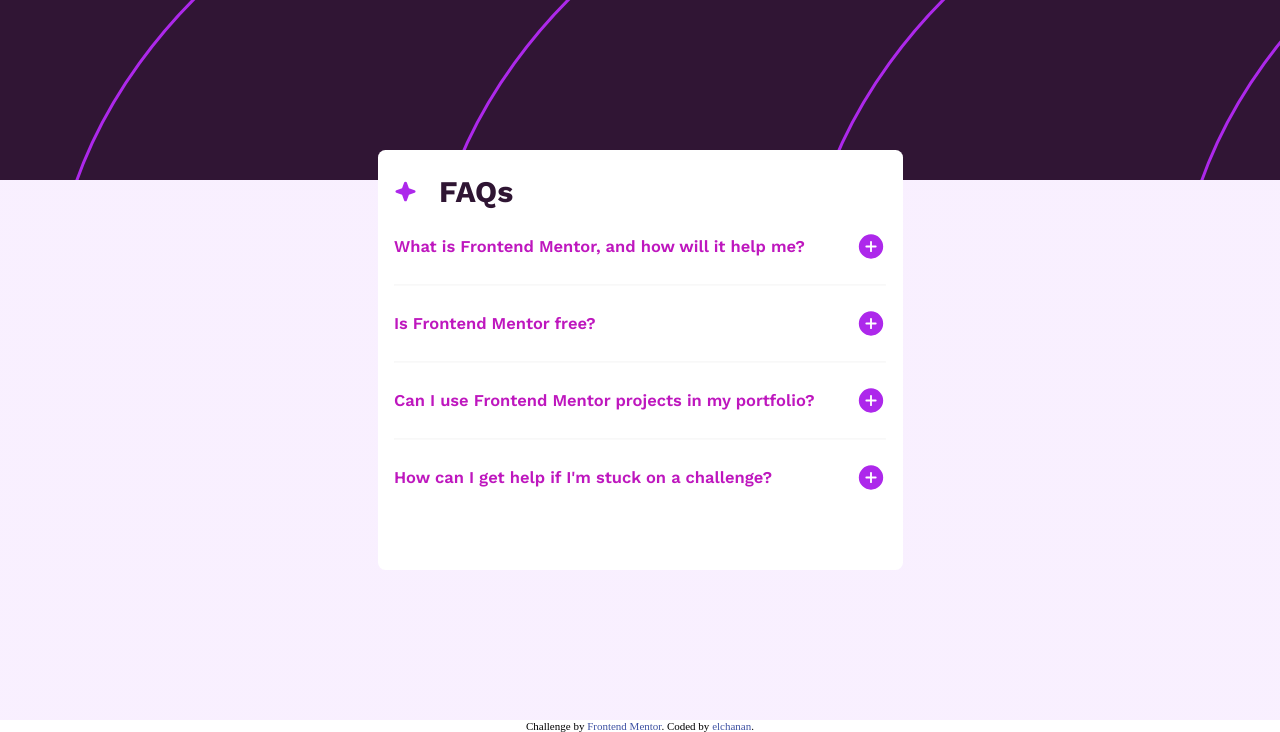
Repository: elchananChen/frontend-mentor-projects
Page: 2024/10/faQs/index.html
These files come from the project's save history. The page is drawn as it stood at one moment and after a run of saves; the edit follows.
The browser window is 1280 px wide. The pictures show the whole page.

Above is the page before, as saved 2024-10-16 00:30:23.

After the next 5 saves:
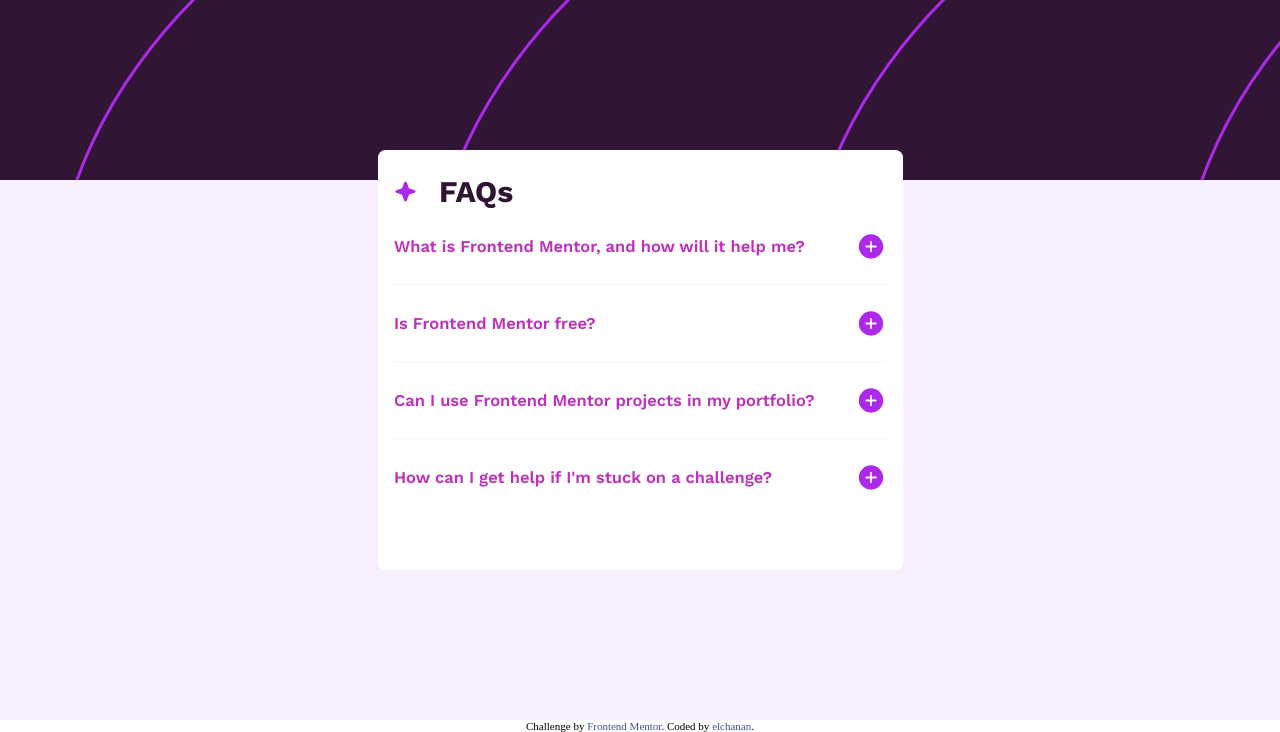
The 5 saves are shown as one change because they came seconds apart.
The last was saved 10 s later.
--- a/2024/10/faQs/style.css
+++ b/2024/10/faQs/style.css
@@ -12,7 +12,7 @@
   font-family: "work-sans";
   font-weight: 600;
   font-size: 1.1rem;
-  color: rgb(190, 23, 190);
+  color: rgb(189, 49, 189);
   /* color: var(--color-Dark-purple); */
 }
 h3:hover {

After the save that followed:
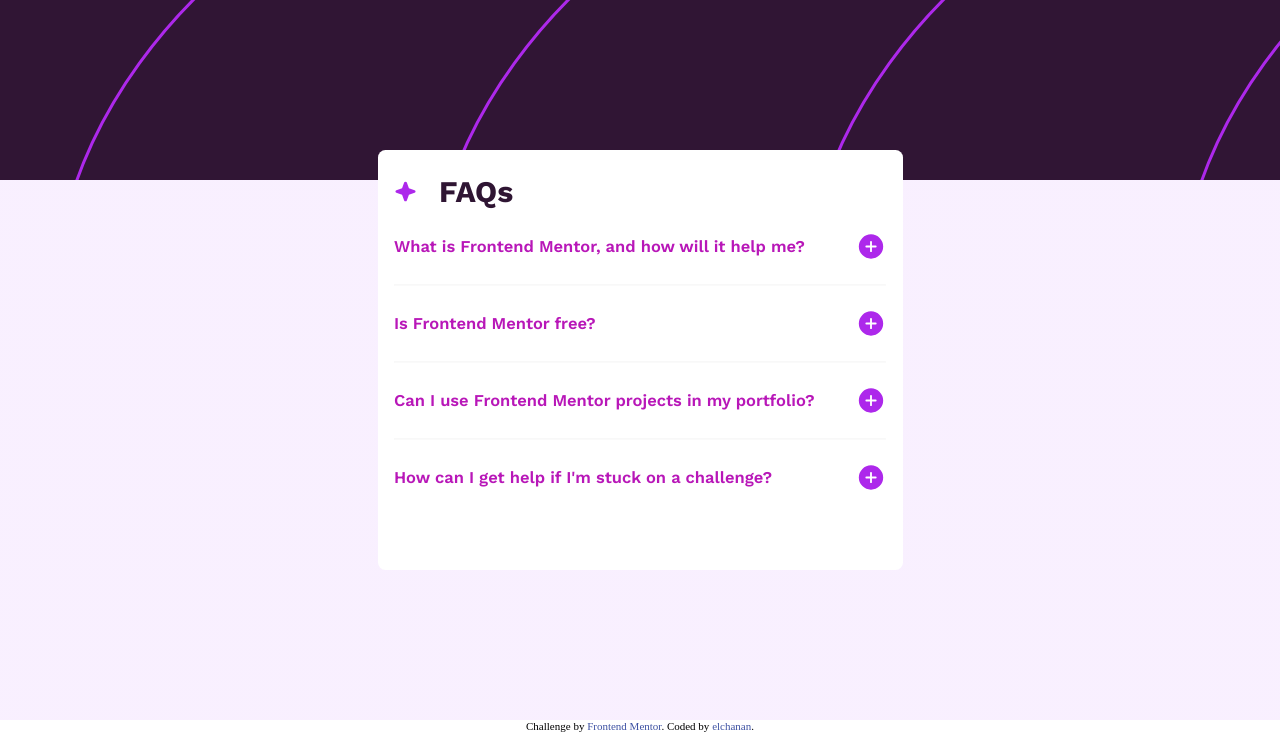
Saved 5 s later.
--- a/2024/10/faQs/style.css
+++ b/2024/10/faQs/style.css
@@ -12,7 +12,7 @@
   font-family: "work-sans";
   font-weight: 600;
   font-size: 1.1rem;
-  color: rgb(189, 49, 189);
+  color: rgb(184, 23, 184);
   /* color: var(--color-Dark-purple); */
 }
 h3:hover {
